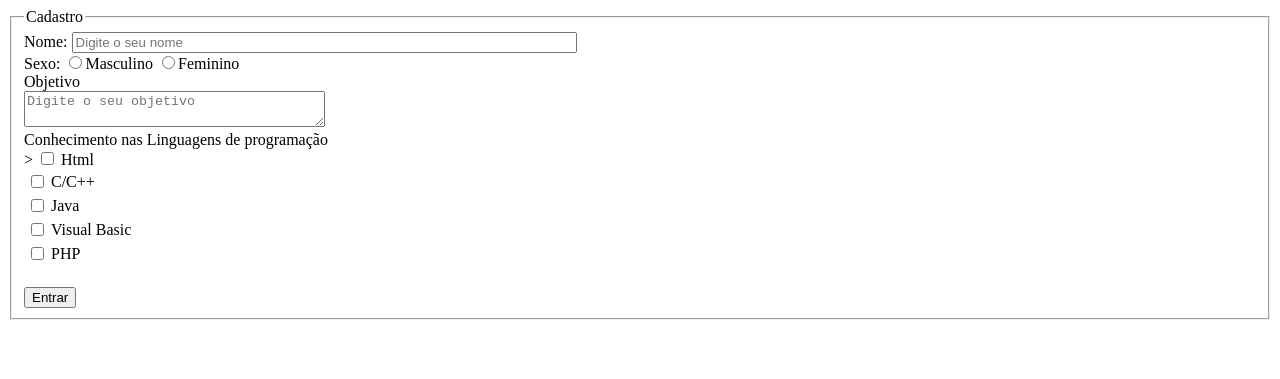
Repository: Lerif/WebServletLearning
Page: http://localhost/WebLearning/
An editor plug-in stored every save of this project. The page is shown before and after the next save, followed by the edit.
The browser window is 1280 px wide. The pictures show the whole page.
The page is served by Tomcat 9. Other server files are loaded and not shown.

Above is the page before, as saved 2016-10-26 13:52:57.

### WebServelets/WebLearning/WebContent/TryJSP.jsp
<%@ page language="java" contentType="text/html; charset=UTF-8"
    pageEncoding="UTF-8"%>
<!DOCTYPE html>
<html>
<head>
<meta http-equiv="Content-Type" content="text/html; charset=UTF-8">
<title>HelloWorld</title>
</head>
<body>
	<form name = "CadastroUsuario" id="CadastroId" method="post" action="ServeletTry">
		<fieldset>
			<legend>Cadastro</legend>
			Nome:
			<input type="text" 	name="name" size="60" placeholder="Digite o seu nome" required/>
			<br>

			Sexo:
			<input type="radio" name="sex" value="male" />Masculino
			<input type="radio" name="sex" value="female"  />Feminino
			<br>

			Objetivo
			<br>
			<textarea name="objective" cols="35" rows="2" placeholder="Digite o seu objetivo" required></textarea>
			<br>

			Conhecimento nas Linguagens de programação
			<br>
			<table>
				<tr>
					<td> <input type="checkbox" id="formation1" name="c" value="0" /> </td>
					<td>C/C++ </td>
				</tr>
				<tr>
					<td><input type="checkbox" id="formation2" name="java" value="1" /></td>
					<td>Java</td>
				</tr>
				<tr>
					<td><input type="checkbox" id="formation3" name="vb" value="2" /></td>
					<td>Visual Basic</td>>
				</tr>
				<tr>
					<td><input type="checkbox" id="formation4" name="php" value="3" /></td>
					<td>PHP</td>
				</tr>
				<tr>
				<input type="checkbox" id="formation5" name="html" value="4" /> Html<br>
				</tr>
			</table>


			<br>
			<button onClick="entrar()" value="Submit form">Entrar</button>
			<br>
		</fieldset>
	</form>
</body>

<script>
	function entrar(){
		document.getElementById("CadastroId").submit();
	}
</script>
</html>

After the next save:
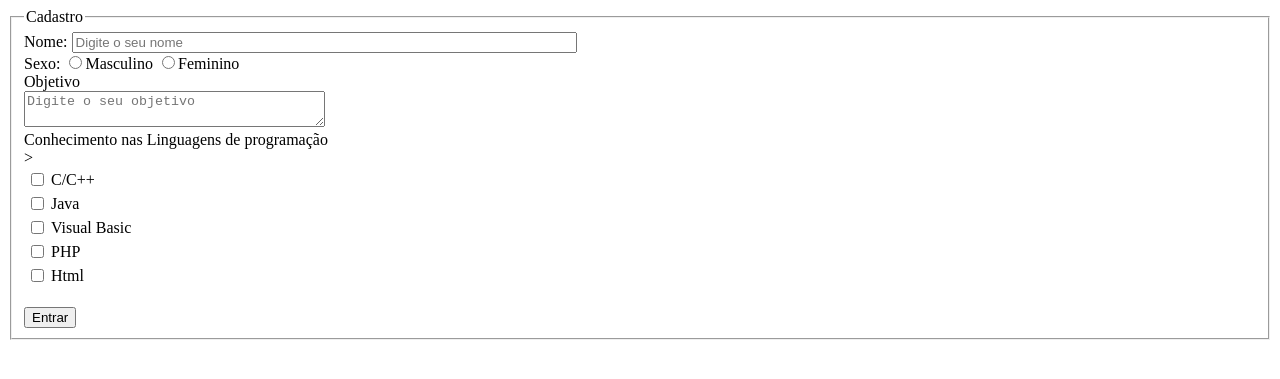
Saved 12 s later.
--- a/WebServelets/WebLearning/WebContent/TryJSP.jsp
+++ b/WebServelets/WebLearning/WebContent/TryJSP.jsp
@@ -44,7 +44,8 @@
 					<td>PHP</td>
 				</tr>
 				<tr>
-				<input type="checkbox" id="formation5" name="html" value="4" /> Html<br>
+					<td><input type="checkbox" id="formation5" name="html" value="4" /> </td>
+					<td>Html</td>
 				</tr>
 			</table>
 
